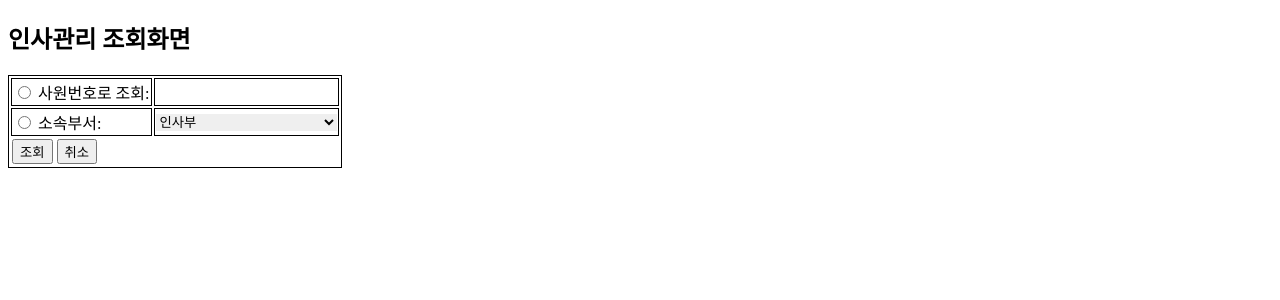
Repository: guguping/finalTestStudy
Page: http://localhost/test1/findMemberForm.jsp
The author's editor kept a copy of each file at every save. The page is drawn from the files as they stood at one save, then again after the next save.
The browser window is 1280 px wide. The pictures show the whole page.
The page is served by Tomcat 9.

Above is the page before, as saved 2023-07-28 05:04:06.

### test1/src/main/webapp/findMemberForm.jsp
<%@ page language="java" contentType="text/html; charset=UTF-8"
    pageEncoding="UTF-8"%>
<!DOCTYPE html>
<html>
<head>
<meta charset="UTF-8">
<title>Insert title here</title>
<style>
	table, tr, td, th {
		border: 1px solid black;
		box-sizing: border-box;
	}
	input {
		border: none;
		outline: none;
	}
	select {
		border: none;
		outline: none;
		width: 100%;
		height: 100%;
	}
</style>
</head>
<body>
	<h2>인사관리 조회화면</h2>
	<form action="index.jsp" method="get">
		<table>
			<tr>
				<td>
				<input type="radio" id="searchType" value="id" name="searchType">
					사원번호로 조회:
				</td>
				<th>
					<input type="text" name="idValue">
				</th>
			</tr>
			<tr>
				<td>
				<input type="radio" value="dept" name="searchType">
					소속부서:
				</td>
				<th>
					<select name="deptValue">
						<option value="인사부">인사부</option>
						<option value="기획부">기획부</option>
						<option value="홍보부">홍보부</option>
						<option value="영업부">영업부</option>
						<option value="경리부">경리부</option>
					</select>
				</th>
			</tr>
			<tr>
				<td colspan="2" style = "border: unset;">
					<button type="submit">조회</button>
					<button type="button" onclick="index()">취소</button>
				</td>
			</tr>
		</table>
	</form>

</body>
<script>
	const index =()=>{
		location.href = "index.jsp";
	}
</script>
</html>

After the next save:
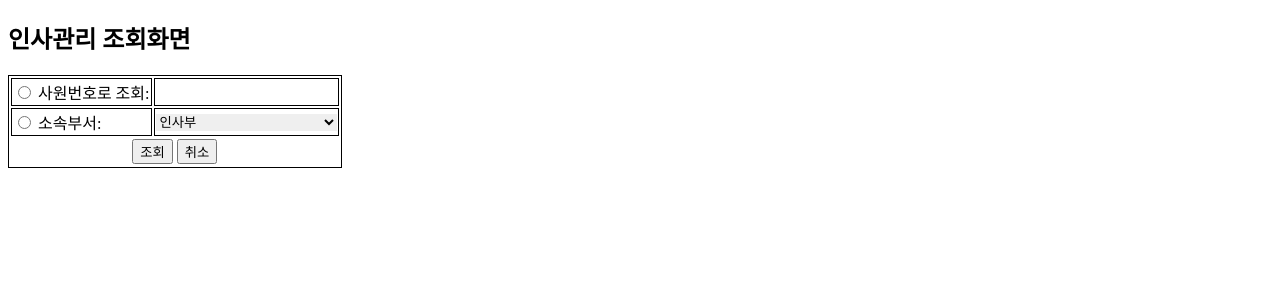
Saved 24 s later.
--- a/test1/src/main/webapp/findMemberForm.jsp
+++ b/test1/src/main/webapp/findMemberForm.jsp
@@ -51,7 +51,7 @@
 				</th>
 			</tr>
 			<tr>
-				<td colspan="2" style = "border: unset;">
+				<td colspan="2" style = "border: unset;text-align: center;">
 					<button type="submit">조회</button>
 					<button type="button" onclick="index()">취소</button>
 				</td>
